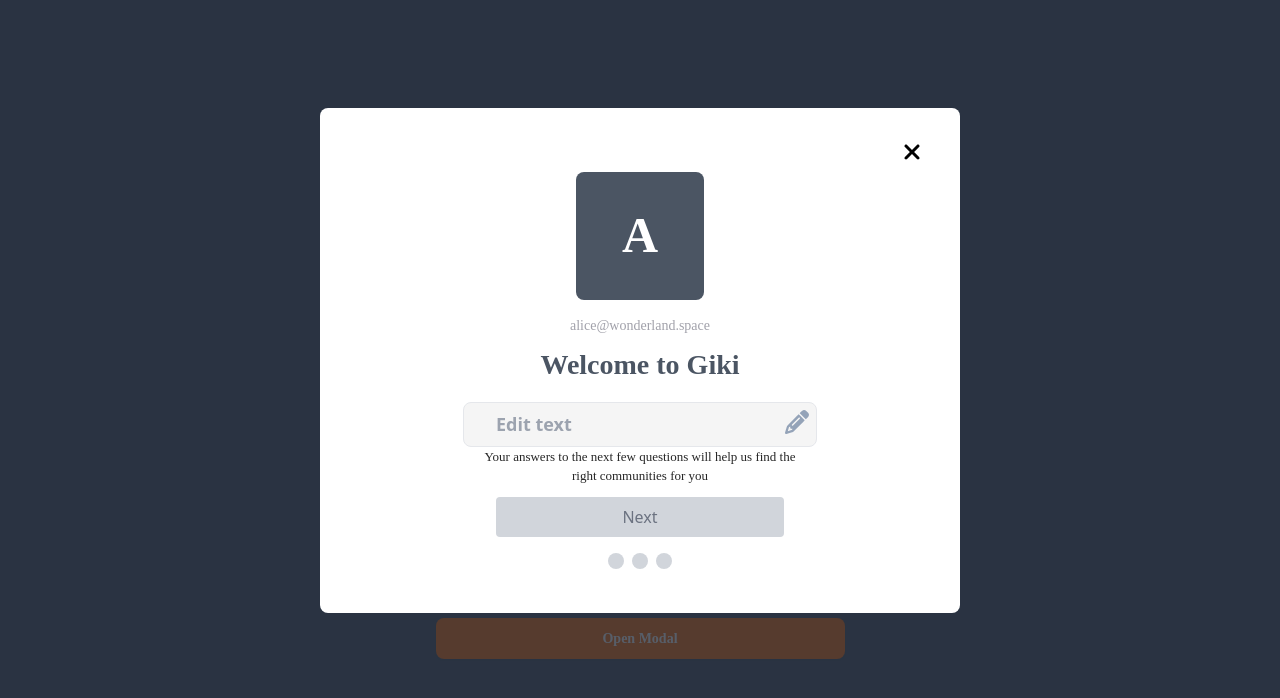
Repository: ZakariaZhlat125/lucatctyteste
Page: /, after clicking the first element matching `button.mt-36`
These files come from the project's save history. The page is drawn as it stood at one moment and after the next save; the edit follows.
The browser window is 1280 px wide. The pictures show the whole page.
The project was rebuilt for these pictures with package versions that can differ from the ones it lists, and the page was loaded fresh each time. Also part of the build but not shown: vite.config.js, src/Components/ModalComponents/PickLang.jsx, src/Components/ModalComponents/SelectImage.jsx.

Above is the page before, as saved 2023-09-29 13:58:26.

After the next save:
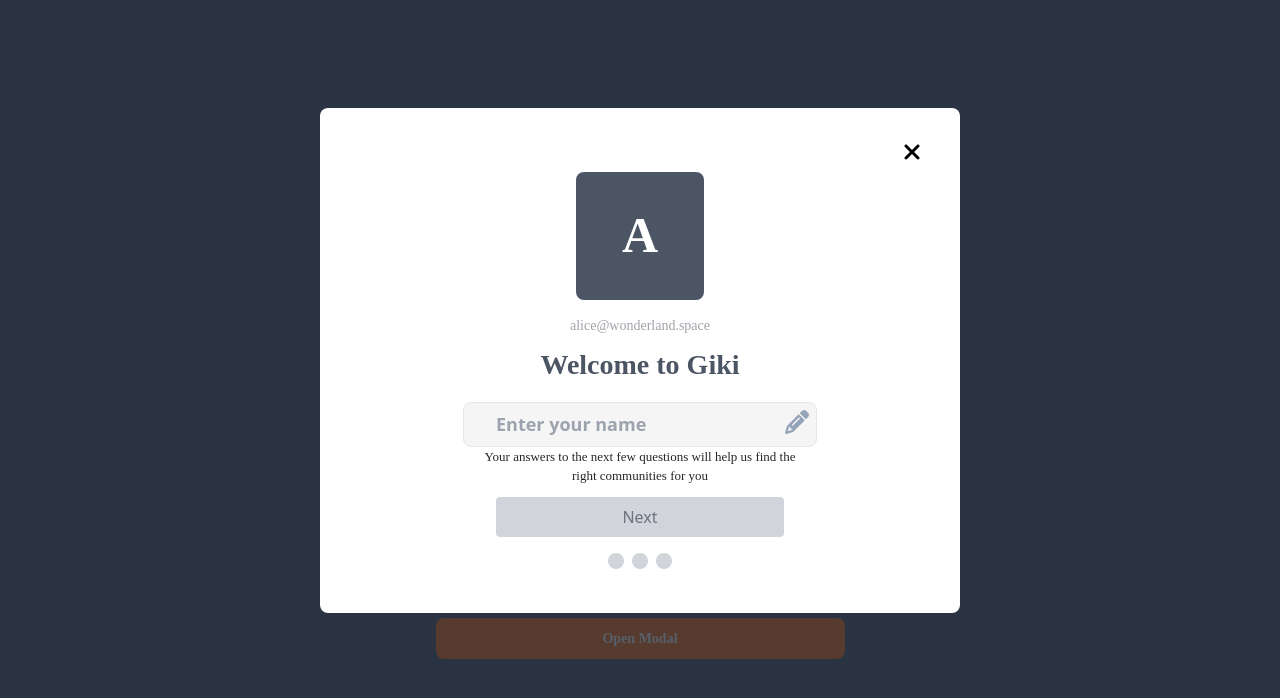
Saved 2 min 5 s later.
--- a/src/Components/ModalComponents/Welcom.jsx
+++ b/src/Components/ModalComponents/Welcom.jsx
@@ -23,7 +23,7 @@
       <div className="relative mt-4">
         <input
           type="text"
-          placeholder="Edit text"
+          placeholder="Enter your name"
           className="py-2 px-8 pr-12 border text-orange-500 font-bold text-[18px] bg-neutral-100 rounded-lg focus:outline-none focus:border-orange-500"
           value={inputValueName} // Bind input value to state
           onChange={handleInputChange} // Handle input change
